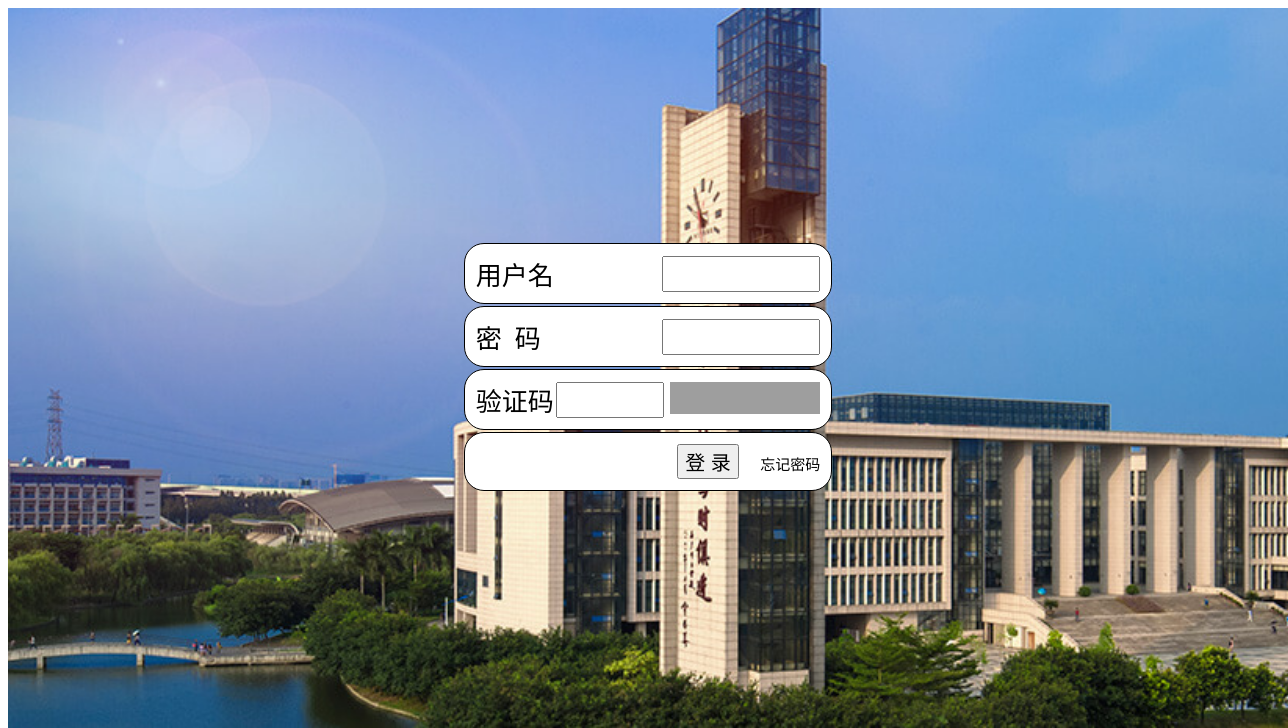
Repository: IAmJiangWenHao/ReportServer
Page: demo.html
An editor plug-in stored every save of this project. The page is shown before and after the next save, followed by the edit.
The browser window is 1280 px wide. The page is 1288 px wide, so the pictures cover 1288 px, including what lies to the right of the window. The pictures show the whole page.
Pictures or frames that could not be fetched are drawn as grey boxes.

Above is the page before, as saved 2023-05-16 12:12:29.

After the next save:
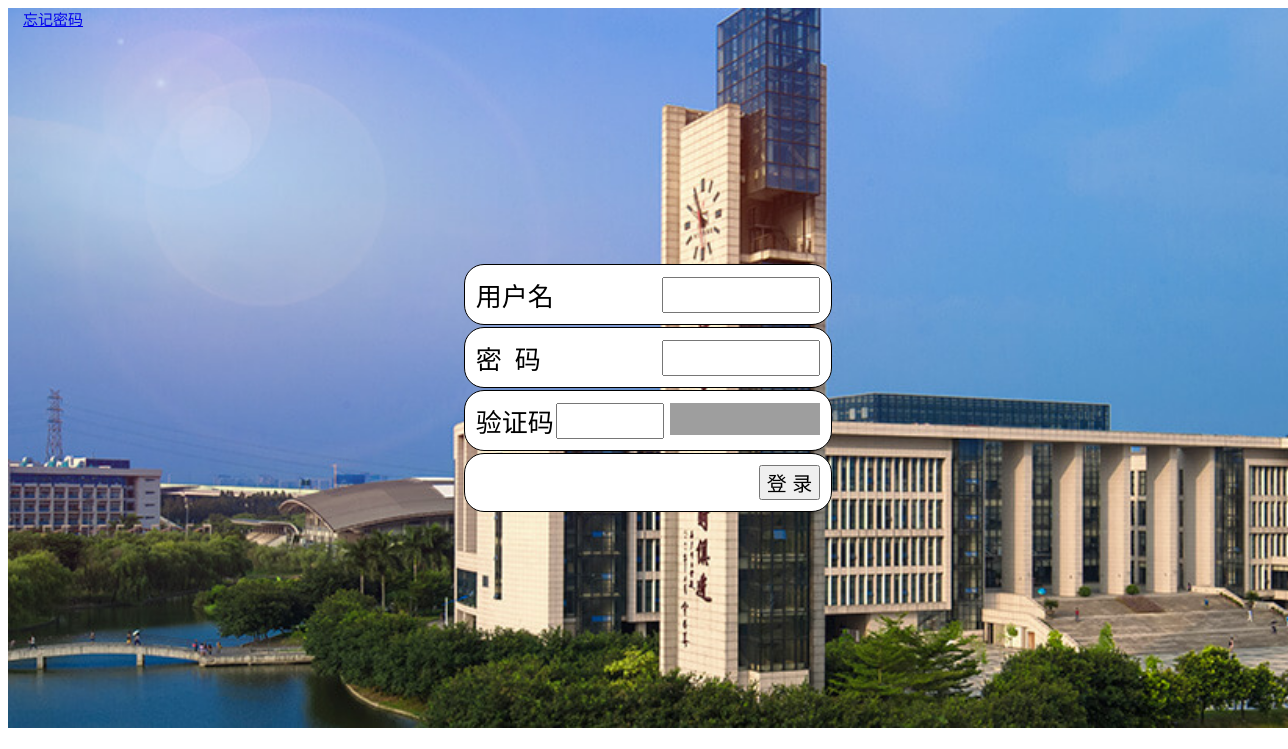
Saved 50 s later.
--- a/demo.html
+++ b/demo.html
@@ -113,8 +113,9 @@
         <tr>
           <td></td>
           <td><input style="font-size:20px;" type="submit" value="登&nbsp;录">
-            <font style="font-size:15px;">&nbsp;&nbsp;&nbsp;&nbsp;<a href="forgetPassword.jsp">忘记密码 </a> </font>
+
           </td>
+          <font style="font-size:15px;">&nbsp;&nbsp;&nbsp;&nbsp;<a href="forgetPassword.jsp">忘记密码 </a> </font>
         </tr>
       </table>
     </form>
